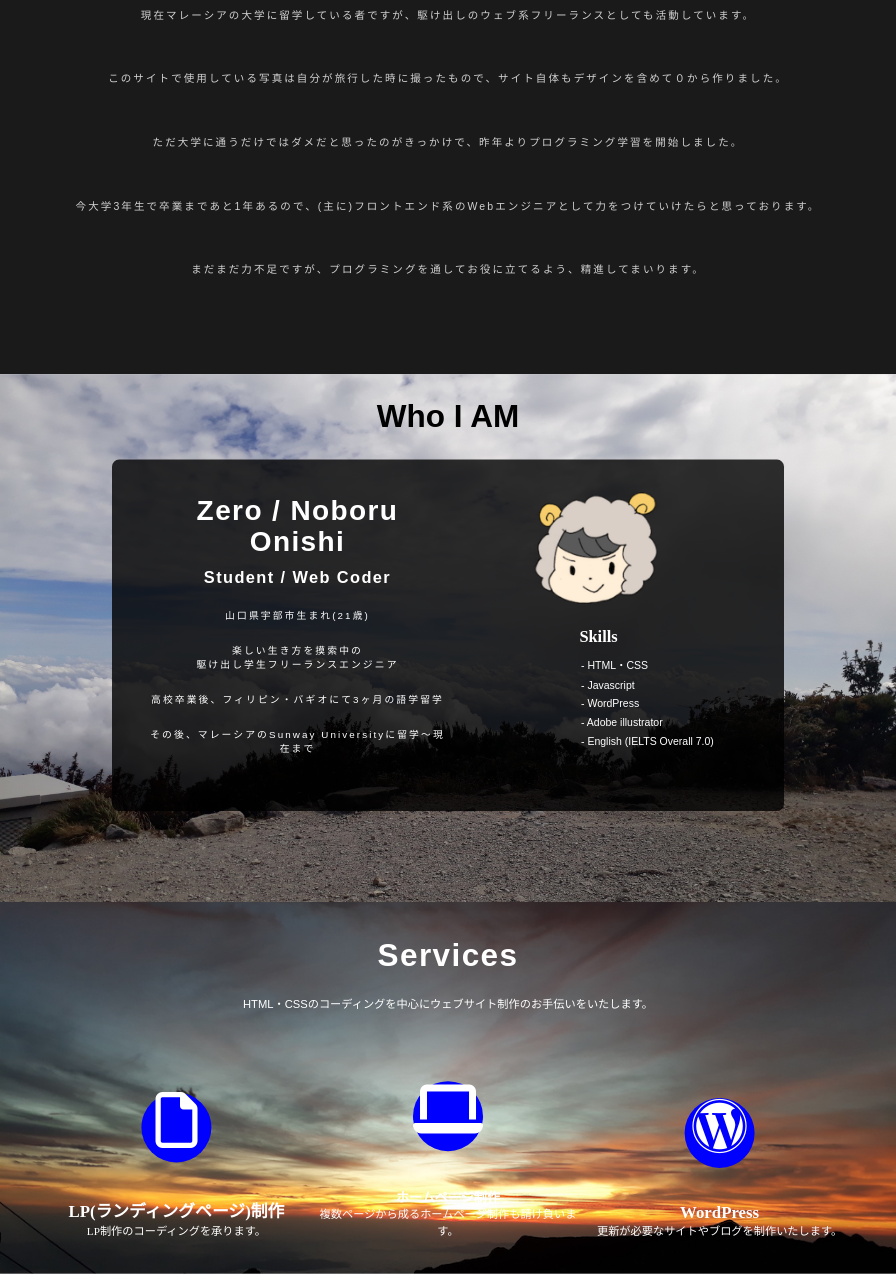
Repository: ZeroRequiem126/MyPortfolioSite
Page: top.html
The author's editor kept a record of every edit. The page is drawn from the files as they stood at one moment, then again after the next edit.
The browser window is 1280 px wide. The pictures show the part of the page from y = 941 to 2861 px (the page is 2761 px tall before and 2861 px after), at 70% of full size.
Some web libraries are served in a nearby version.

Above is the page before.

### top.html
<!DOCTYPE>
<html>
    <head>
        <meta charset="utf-8">
        <title>Zero</title>
        <link rel="stylesheet" type="text/css" href="top.css">
        <link rel="stylesheet" type="text/css"  href="swiper.css">
        <meta name="viewport" content="width=device-width, initial-scale=1.0">
        <script src="https://kit.fontawesome.com/fdddab2d46.js"></script>
    </head>

    <body>
        <header>
            <div class="container">
                <div class="header-left">Zero</div>
                <div class="header-right">
                    <ul>
                        <li>Who I AM</li>
                        <li>Skills</li>
                        <li>Portfolio</li>
                        <li>Contact</li>
                    </ul>
                </div>
            </div>
        </header>

        <div class="main">
            <div class="container">

                    <span class="slider-title">Zero</span>
                    <div class="swiper-container">
                        <div class="swiper-wrapper">
                              <div class="swiper-slide"><img src="images/pic1.jpg" alt="pic1.JPG" width="100%"></div>
                              <div class="swiper-slide"><img src="images/pic2.jpg" alt="pic2.jpg" width="100%"></div>
                              <div class="swiper-slide"><img src="images/pic3.jpg" alt="pic3.JPG" width="100%"></div>
                              <div class="swiper-slide"><img src="images/pic4.png" alt="pic4.png" width="100%"></div>
                              <div class="swiper-slide"><img src="images/pic5.jpg" alt="pic4.jpg" width="100%"></div>
                              <div class="swiper-slide"><img src="images/pic6.jpg" alt="pic4.jpg" width="100%"></div>
                        </div>
                        <div class="swiper-button-prev"></div>
                        <div class="swiper-button-next"></div>
                    </div>

                    <div class="introduction">
                        <div class="container">
                            <p>はじめまして、大西昇と申します。</p>
                            <p>現在マレーシアの大学に留学している者ですが、駆け出しのウェブ系フリーランスとしても活動しています。 </p>
                            <p>このサイトで使用している写真は自分が旅行した時に撮ったもので、サイト自体もデザインを含めて０から作りました。</p>
                            <p>ただ大学に通うだけではダメだと思ったのがきっかけで、昨年よりプログラミング学習を開始しました。</p>
                            <p>今大学3年生で卒業まであと1年あるので、(主に)フロントエンド系のWebエンジニアとして力をつけていけたらと思っております。</p>
                            <p>まだまだ力不足ですが、プログラミングを通してお役に立てるよう、精進してまいります。</p>
                        </div>
                    </div>

                    <div class="about">
                        <div class="container">
                            <h1 class="about-title" style="font-family: 'Gurmukhi MN',sans-serif;">Who I AM</h1>

                            <div class="about-contents">
                                <div class="about-left">
                                    <div class="name-and-job">
                                        <h1>Zero / Noboru Onishi</h1>
                                        <h3>Student / Web Coder</h3>
                                    </div>
                                    <div class="career">
                                        <p>山口県宇部市生まれ(21歳)</p>
                                        <p>楽しい生き方を摸索中の<br>駆け出し学生フリーランスエンジニア</p>
                                        <p>高校卒業後、フィリピン・バギオにて3ヶ月の語学留学</p>
                                        <p>その後、マレーシアのSunway Universityに留学〜現在まで</p>
                                    </div>
                                </div>

                                <div class="about-right">
                                    <img src="images/person.png">
                                    <h3>Skills</h3>
                                    <ul>
                                        <li>- HTML・CSS</li>
                                        <li>- Javascript</li>
                                        <li>- WordPress</li>
                                        <li>- Adobe illustrator</li>
                                        <li>- English (IELTS Overall 7.0)</li>
                                    </ul>
                                </div>
                            </div>

                        </div>
                    </div>

                    <div class="service">
                        <div class="container">
                            <h1 class="service-title">Services</h1>
                            <p class="service-subtitle">HTML・CSSのコーディングを中心にウェブサイト制作のお手伝いをいたします。</p>

                            <div class="services">

                                <div class="service-contents">
                                    <span class="far fa-file"></span>
                                    <h2>LP(ランディングページ)制作</h2>
                                    <p class="service-explanation">LP制作のコーディングを承ります。</p>
                                </div>

                                <div class="service-contents">
                                    <span class="fas fa-laptop"></span>
                                    <h3>ホームページ制作</h3>
                                    <p class="service-explanation">複数ページから成るホームページ制作も請け負います。</p>
                                </div>

                                <div class="service-contents">
                                    <span class="fab fa-wordpress"></span>
                                    <h2>WordPress</h2>
                                    <p>更新が必要なサイトやブログを制作いたします。</p>
                                </div>
                            </div>
                        </div>
                    </div>

            </div>
        </div>

        <footer>

        </footer>

        <script src="swiper.js"></script>
        <script>
          var mySwiper = new Swiper ('.swiper-container', {
            navigation: {
              nextEl: '.swiper-button-next',
              prevEl: '.swiper-button-prev',
            },
            loop: true,
            autoplay: {
                delay: 3000,
                disableOnInteraction: true
            },
            speed: 700,
          })
        </script>
    </body>

</html>

### top.css
@charset "utf-8";

* {
    box-sizing: border-box;
    margin: 0px;
    padding: 0px;
}

.container {
    text-align: center;
}

/* header */

header {
    height: 60px;
    width: 100%;
    background-color: white;
    color: black;
    line-height: 60px;
    position: fixed;
    z-index: 100;
}

.header-left {
    float: left;
    padding-left: 100px;
    font-size: 30px;
    font-family: 'Superclarendon',sans-serif;
}

.header-right {
    float: right;
    font-family: 'Gurmukhi MN',sans-serif;
}

.header-right ul {
    list-style: none;
    padding-right: 120px;
}

.header-right ul li {
    float: left;
    padding: 0 40px;
    font-size: 20px;
    cursor: pointer;
    transition: background-color 0.5s;
}

.header-right ul li:hover {
    background-color: #dcdcdc;
    transition: background-color 1s;
}

/* slider */

.slider-title {
    color: white;
    font-size: 150px;
    font-family: 'Trattatello',sans-serif;;
    position: absolute;
    top: 35%;
    left: 40%;
    z-index: 10;
    padding: 0 15px 0 10px;
    border: solid 8px;
    border-radius: 50%;
}

/* introduction */

.introduction {
    color: #D1D1D1;
    font-size: 15px;
    background-color: #1A1A1A;
    padding: 140px 0 70px 0;
    font-family: 'klee',sans-serif;
}

.introduction p {
    padding-bottom: 70px;
    letter-spacing: 3px;
}

/* About */

.about {
    margin: 0 auto;
    background-image: url("images/pic7.jpg");
    background-size: 100% auto;
    padding-bottom: 130px;
    font-size: 20px;
}

.about-title {
    padding: 35px 0;
    font-size: 45px;
}

.about-contents {
    background-color: rgba(0,0,0,0.8);
    display: inline-block;
    color: white;
    width: 75%;
    border-radius: 10px;
    padding: 0px 50px 50px 50px;
}

.about-left {
    float: left;
    width: 50%;
    vertical-align: top;
    padding-top: 50px;
}

.name-and-job {
    font-family: 'Papyrus-Condensed',sans-serif;
    letter-spacing: 2px;
    padding-bottom: 30px;
}

.name-and-job h1 {
    padding-bottom: 15px;
}

.career {
    font-family: 'klee',sans-serif;
}

.career p {
    padding-bottom: 30px;
    letter-spacing: 3px;
    font-size: 14px;
}

.about-right {
    float: left;
    width: 50%;
    padding-top: 20px;
}

.about-right h3 {
    padding-top: 20px;
    padding-bottom: 15px;
}

.about-right ul {
    list-style: none;
}

.about-right ul li {
    font-size: 15px;
    font-family: 'klee',sans-serif;
    padding-bottom: 10px;
    text-align: left;
    padding-left: 190px;
}

.about-right img {
    width: 200px;
}

/* Service */

.service {
    background-image: url("images/pic8.jpg");
    background-size: 100% auto;
    color: white;
    padding: 50px 0;
}

.service-title {
    padding-bottom: 30px;
    font-family: 'Gurmukhi MN',sans-serif;
    font-size: 45px;
    letter-spacing: 2px;
}

.service-subtitle {
    font-family: 'klee',sans-serif;
}

.service-contents {
    display: inline-block;
    width: 30%;
    padding-top: 100px;
}

.service-contents span {
    font-size: 80px;
    margin-bottom: 50px;
    border-radius: 50%;
    background-color: blue;
    width: 100px;
    height: 100px;
}

Loaded but not shown: swiper.css (library); swiper.js (library)

After the next edit:
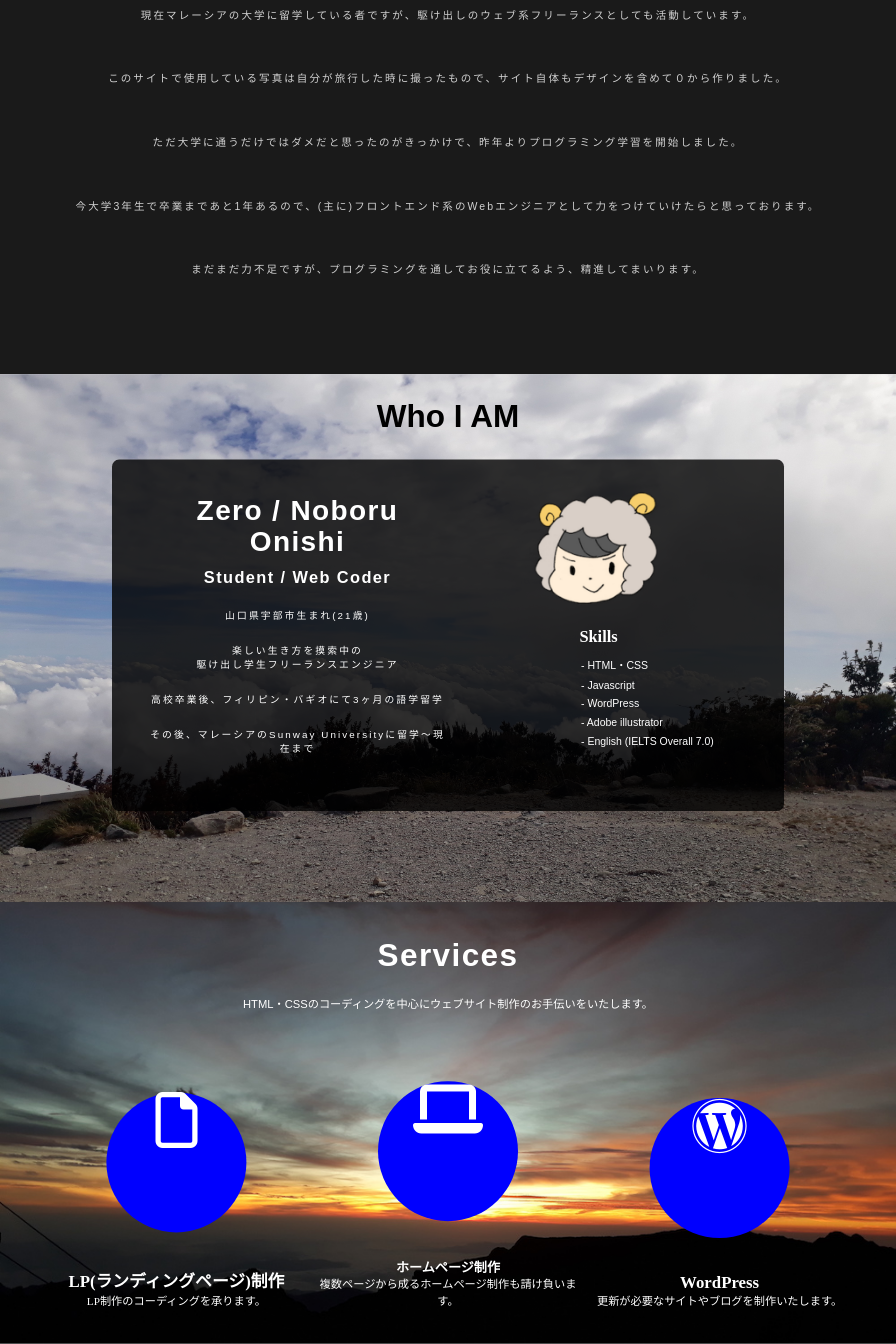
The edit:
--- a/top.css
+++ b/top.css
@@ -191,6 +191,6 @@
     margin-bottom: 50px;
     border-radius: 50%;
     background-color: blue;
-    width: 100px;
-    height: 100px;
+    width: 200px;
+    height: 200px;
 }
